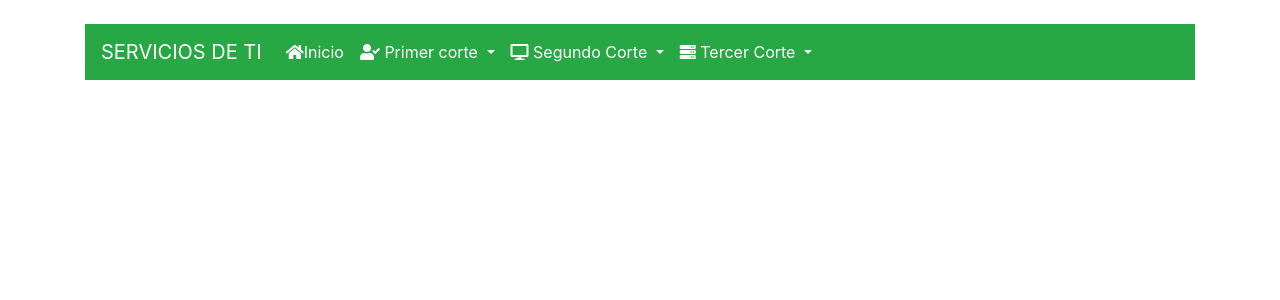
Repository: DavidGomMar/equipo_7
Page: index.html
The author's editor kept a copy of each file at every save. The page is drawn from the files as they stood at one save, then again after a run of saves.
The browser window is 1280 px wide. The pictures show the whole page.
Some web libraries are served in a nearby version.

Above is the page before, as saved 2022-09-19 09:27:00.

After the next 2 saves:
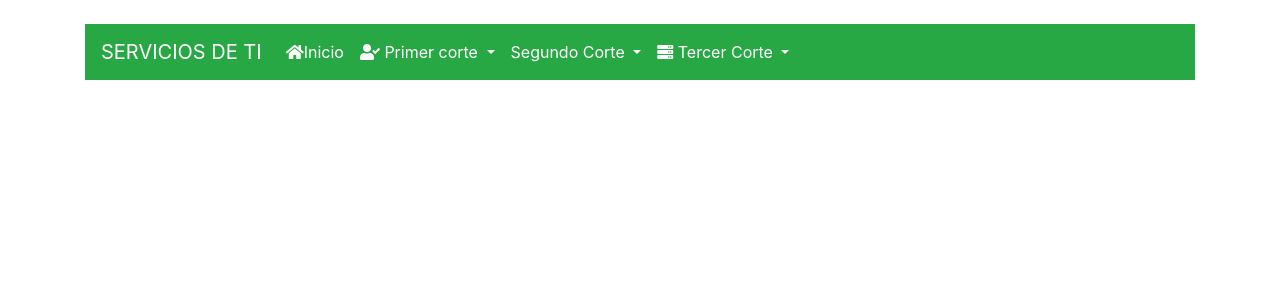
The 2 saves are shown as one change because they came seconds apart.
The last was saved 46 s later.
--- a/index.html
+++ b/index.html
@@ -49,7 +49,7 @@
                     </li>
                     <li class="nav-item dropdown" >
                         <a class="nav-link dropdown-toggle" href="#" data-toggle="dropdown" style="color: white;">
-                            <span class="fas fa-desktop"></span> Segundo Corte
+                            Segundo Corte
                         </a>
                         <div class="dropdown-menu" aria-labelledby="navbarDropDownMenuLink">
                             <a class="dropdown-item" href="#" id="menuAgregarUsuario"><span class="fas fa-user-plus"></span> Luis Antonio de Jesús López </a>
